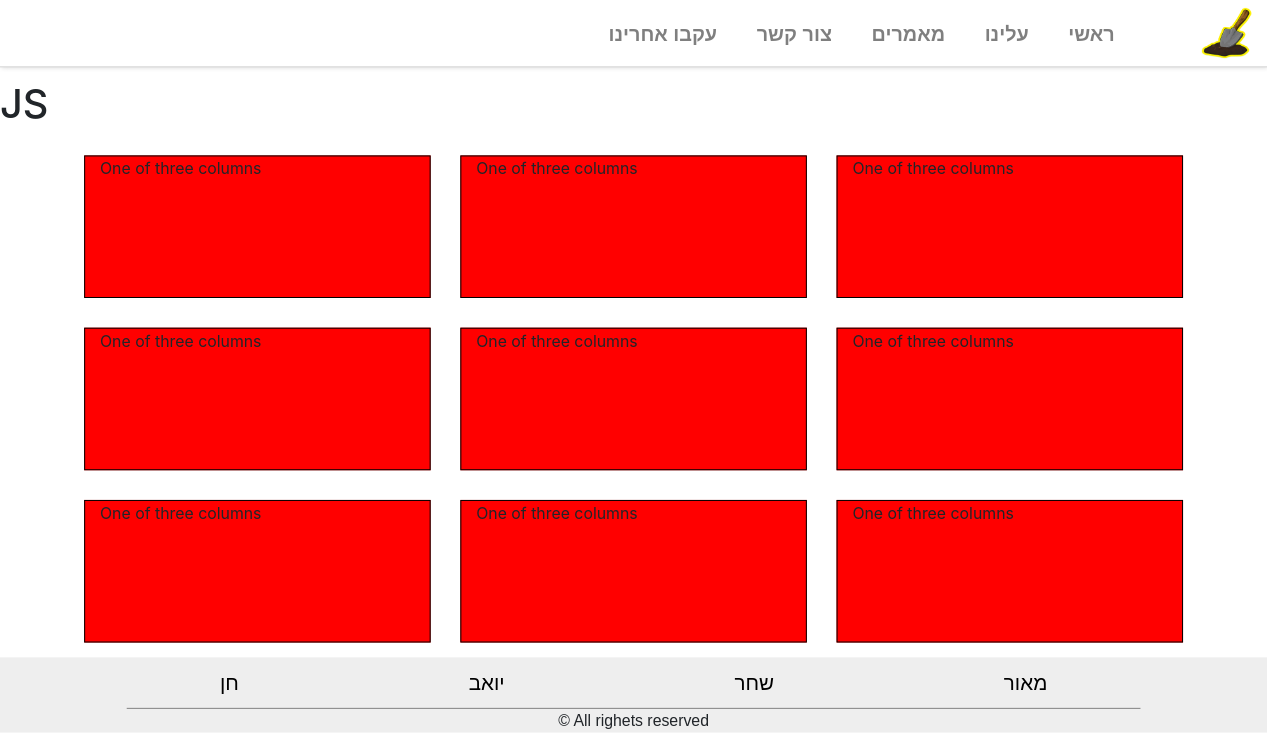
Repository: yoavBenZion/Blog-Zubi
Page: articlesPage.html
An editor plug-in stored every save of this project. The page is shown before and after the next save, followed by the edit.
The browser window is 1280 px wide. The pictures show the whole page, at 99% of full size.
Some web fonts or font styles are not loaded; a fallback is used. Some web libraries are served in a nearby version.

Above is the page before, as saved 2017-10-26 11:52:45.

After the next save:
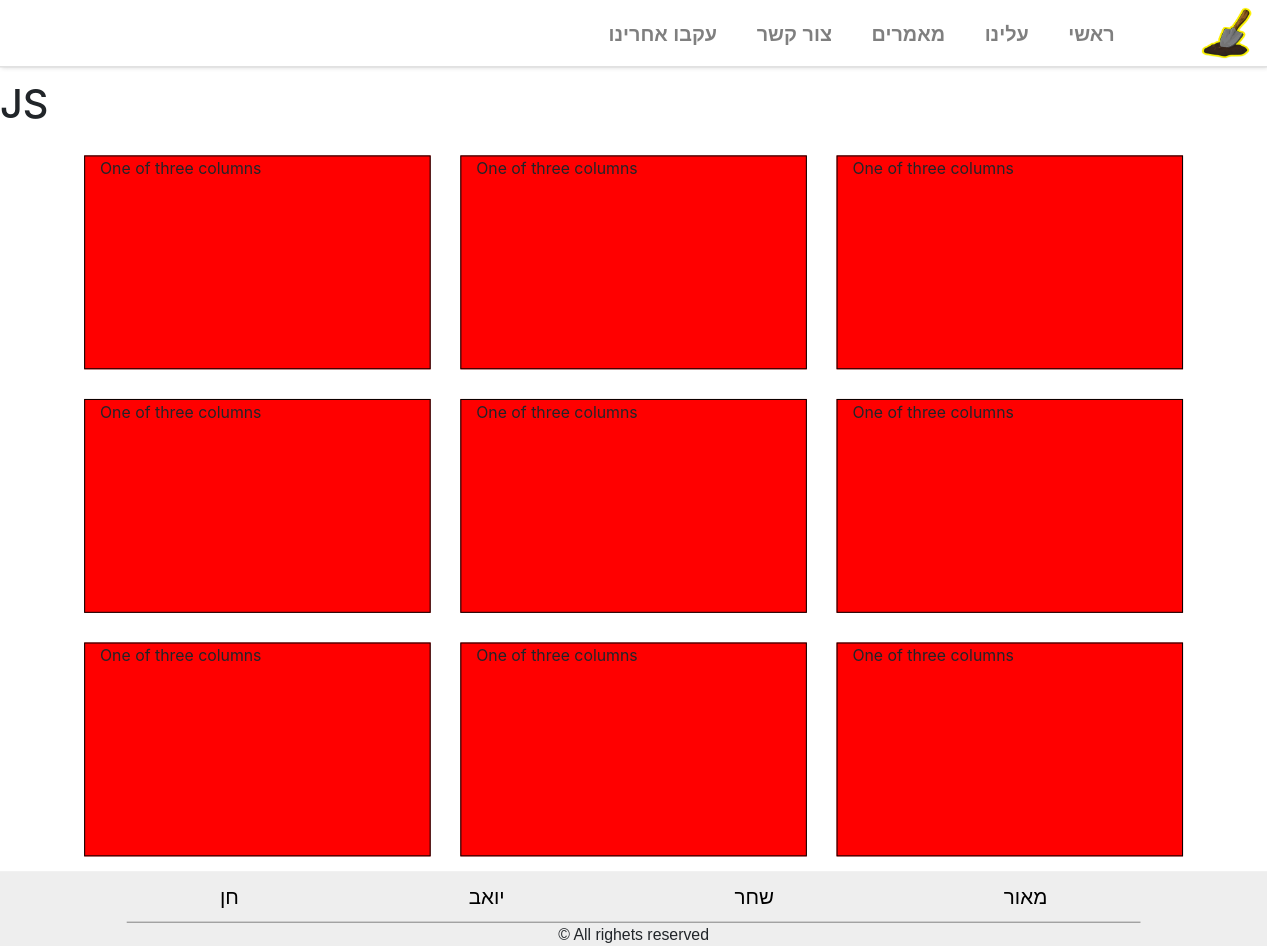
Saved 7 s later.
--- a/css/articlesPage.css
+++ b/css/articlesPage.css
@@ -7,6 +7,6 @@ body {
 .col {
     background-color: red;
     margin: 15px;
-    height: 20vh;
+    height: 30vh;
     border: 1px solid black;
 }
